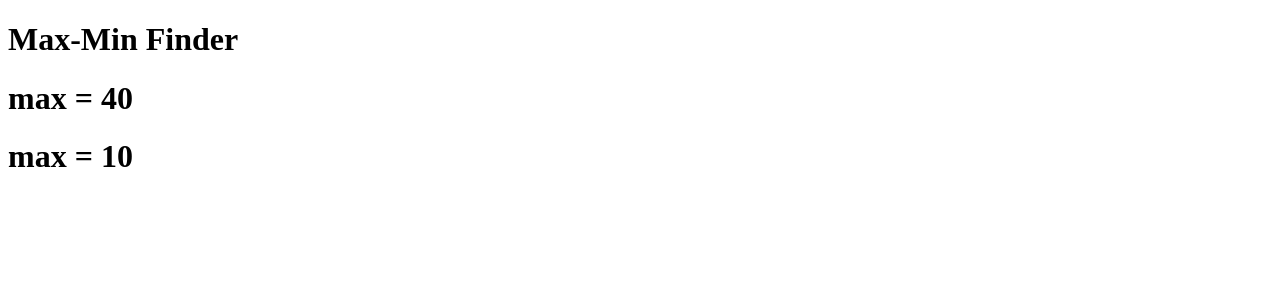
Repository: ZawMinKhantOrLeon/JavaEEWS
Page: http://localhost/jsp_servlet/max-min.jsp
These files come from the project's save history. The page is drawn as it stood at one moment and after the next save; the edit follows.
The browser window is 1280 px wide. The pictures show the whole page.
The page is served by Tomcat 10.

Above is the page before, as saved 2024-02-15 04:53:18.

After the next save:
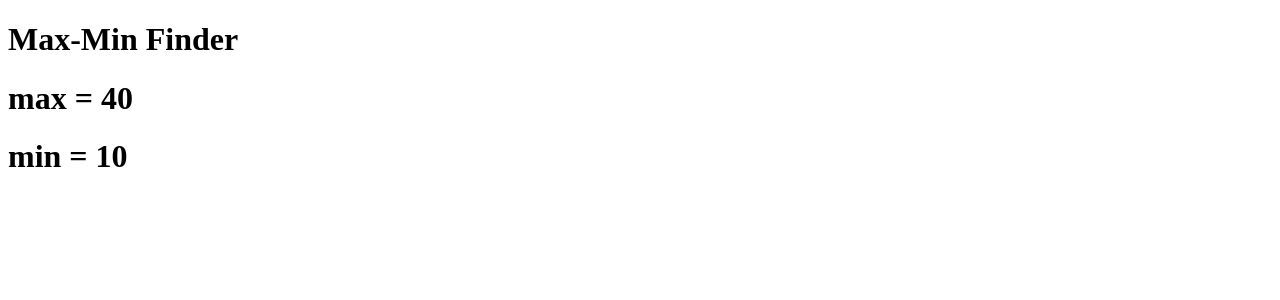
Saved 17 s later.
--- a/jsp_servlet/src/main/webapp/max-min.jsp
+++ b/jsp_servlet/src/main/webapp/max-min.jsp
@@ -45,7 +45,7 @@
 		out.print("<h1> max = "+max+"<h1>");
 
 		int min= min(10,20,40,15);
-		out.print("<h1> max = "+min+"<h1>");
+		out.print("<h1> min = "+min+"<h1>");
 	%>
 </body>
 </html>
